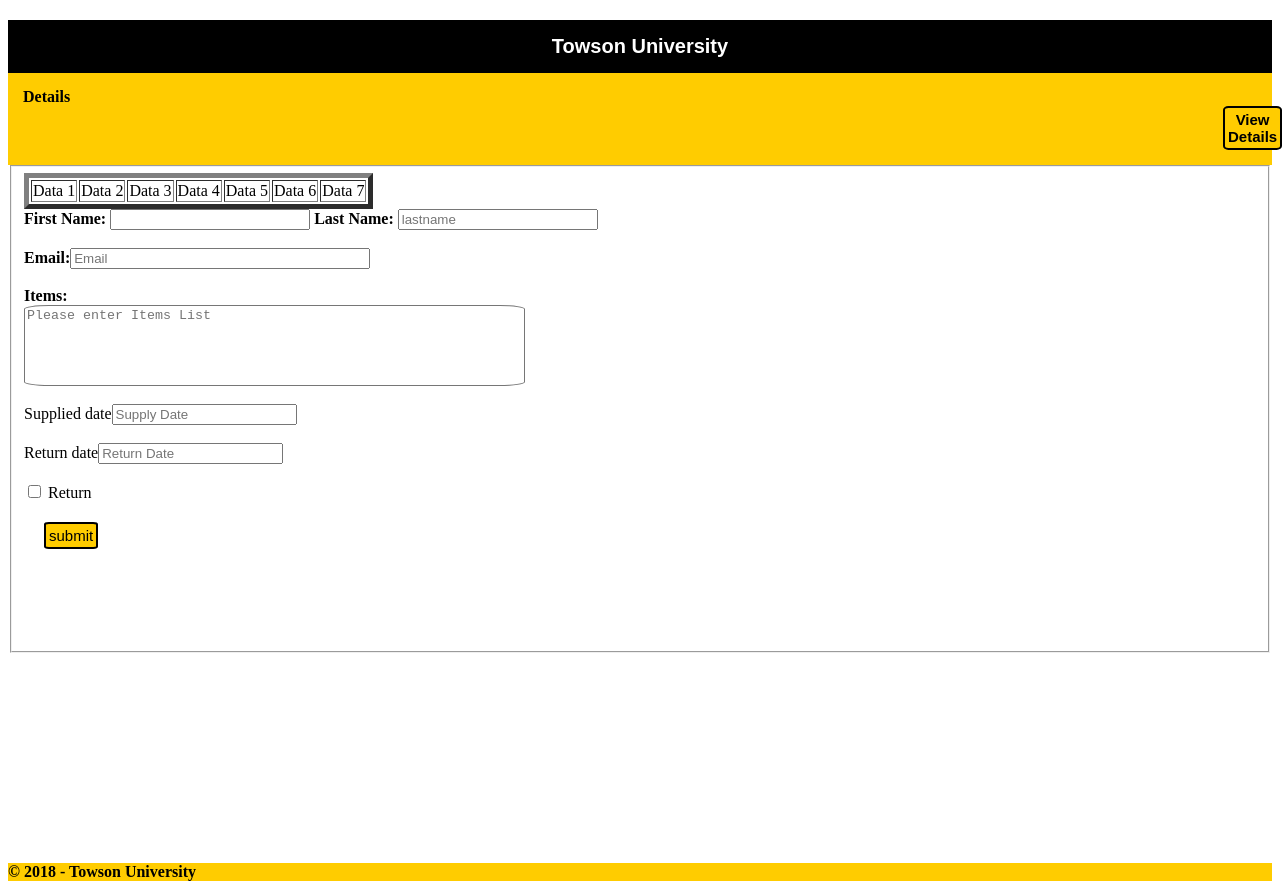
Repository: DatabaseCOSC578/eclipse-workspace11
Page: http://localhost/Supervisor/Supervisorshow.jsp
The author's editor kept a copy of each file at every save. The page is drawn from the files as they stood at one save, then again after the next save.
The browser window is 1280 px wide. The page is 1282 px wide, so the pictures cover 1282 px, including what lies to the right of the window. The pictures show the whole page.
The page is served by Tomcat 9.

Above is the page before, as saved 2018-04-16 03:03:52.

After the next save:
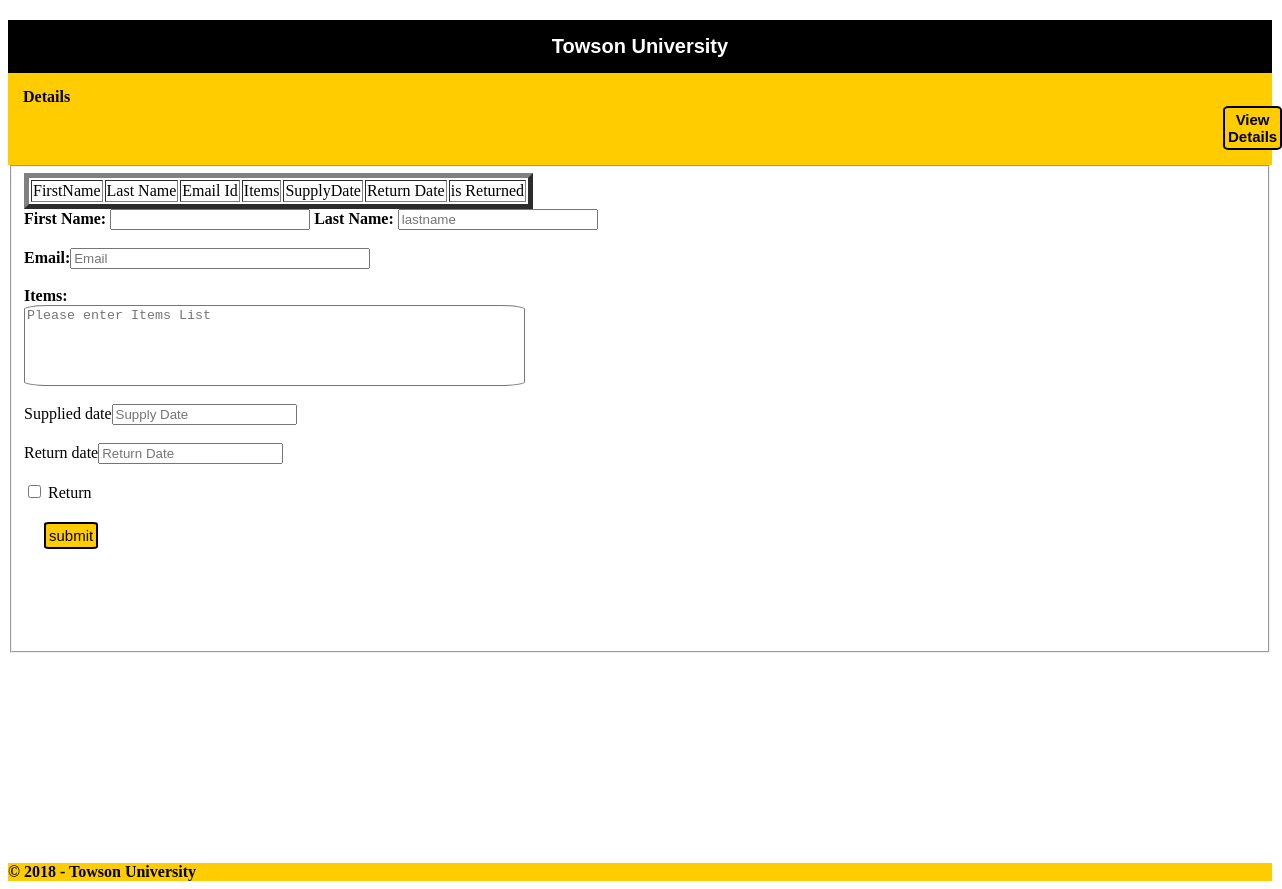
Saved 71 s later.
--- a/Supervisor/WebContent/Supervisorshow.jsp
+++ b/Supervisor/WebContent/Supervisorshow.jsp
@@ -16,13 +16,13 @@
 
 <TABLE  BORDER="5" colspan="2">
    <TR>
-      <TD>Data 1</TD>
-      <TD>Data 2</TD>
-      <TD>Data 3</TD>
-      <TD>Data 4</TD>
-      <TD>Data 5</TD>
-      <TD>Data 6</TD>
-      <TD>Data 7</TD>
+      <TD>FirstName</TD>
+      <TD>Last Name</TD>
+      <TD>Email Id</TD>
+      <TD>Items</TD>
+      <TD>SupplyDate</TD>
+      <TD>Return Date</TD>
+      <TD>is Returned </TD>
    </TR>
 </TABLE>
 
